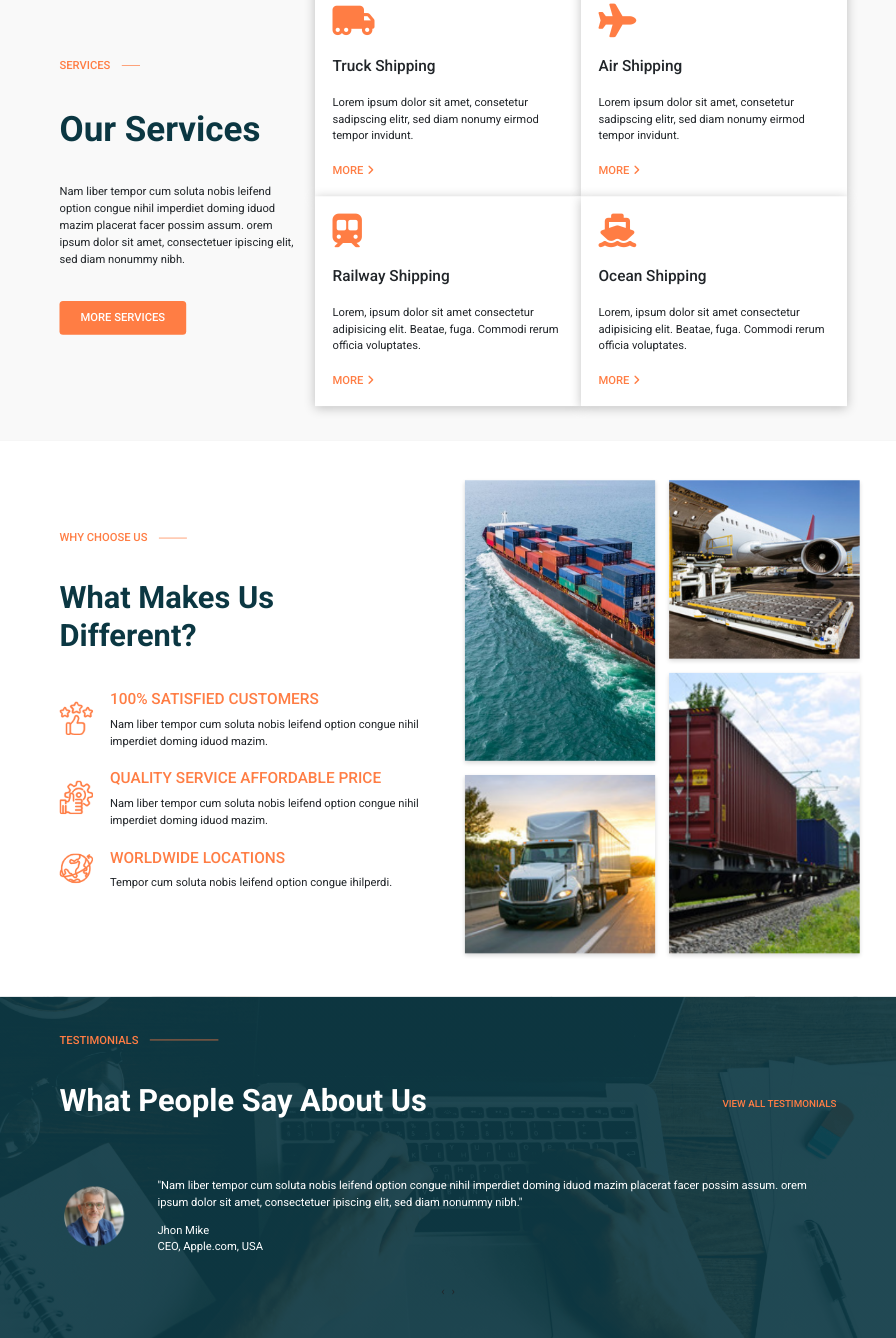
Repository: nazmulalok/shipping-theme
Page: index.html
The author's editor kept a copy of each file at every save. The page is drawn from the files as they stood at one save, then again after the next save.
The browser window is 1280 px wide. The pictures show the part of the page from y = 1783 to 3703 px (the page is 3695 px tall before and 3703 px after), at 70% of full size.
Some web libraries are served in a nearby version.

Above is the page before, as saved 2022-10-09 11:19:57.

### index.html
<!DOCTYPE html>
<html lang="en">

    <head>
        <meta charset="UTF-8">
        <meta http-equiv="X-UA-Compatible" content="IE=edge">
        <meta name="viewport" content="width=device-width, initial-scale=1.0">
        <link rel="preconnect" href="https://fonts.googleapis.com">
        <link rel="preconnect" href="https://fonts.gstatic.com" crossorigin>
        <link
            href="https://fonts.googleapis.com/css2?family=Roboto:ital,wght@0,300;0,400;0,500;0,700;0,900;1,300;1,400;1,500;1,700;1,900&display=swap"
            rel="stylesheet">
        <link rel="stylesheet"
            href="https://cdnjs.cloudflare.com/ajax/libs/OwlCarousel2/2.3.4/assets/owl.carousel.min.css"
            integrity="sha512-tS3S5qG0BlhnQROyJXvNjeEM4UpMXHrQfTGmbQ1gKmelCxlSEBUaxhRBj/EFTzpbP4RVSrpEikbmdJobCvhE3g=="
            crossorigin="anonymous" referrerpolicy="no-referrer" />
        <link rel="stylesheet"
            href="https://cdnjs.cloudflare.com/ajax/libs/OwlCarousel2/2.3.4/assets/owl.theme.default.min.css"
            integrity="sha512-sMXtMNL1zRzolHYKEujM2AqCLUR9F2C4/05cdbxjjLSRvMQIciEPCQZo++nk7go3BtSuK9kfa/s+a4f4i5pLkw=="
            crossorigin="anonymous" referrerpolicy="no-referrer" />
        <link rel="stylesheet" href="https://cdnjs.cloudflare.com/ajax/libs/font-awesome/6.2.0/css/all.min.css"
            integrity="sha512-xh6O/CkQoPOWDdYTDqeRdPCVd1SpvCA9XXcUnZS2FmJNp1coAFzvtCN9BmamE+4aHK8yyUHUSCcJHgXloTyT2A=="
            crossorigin="anonymous" referrerpolicy="no-referrer" />
        <link rel="stylesheet" href="https://cdn.jsdelivr.net/npm/bootstrap@4.0.0/dist/css/bootstrap.min.css"
            integrity="sha384-Gn5384xqQ1aoWXA+058RXPxPg6fy4IWvTNh0E263XmFcJlSAwiGgFAW/dAiS6JXm" crossorigin="anonymous">
        <link rel="stylesheet" href="style.css">
        <title>Document</title>
    </head>

    <body>
        <header class="header-top">
            <div class="container">
                <div class="top-bar">
                    <p class="m-0">Dolor sit amet, consetetur sadipscing elitr sed diam</p>
                    <div>
                        <span class="mr-4">Shipment Tracker</span>
                        <span>Login</span>
                    </div>
                </div>
                <div class="header-area">
                    <div class="logo">
                        <img src="images/shipping-logo.svg" alt="Shipping Logo">
                    </div>
                    <nav>
                        <ul>
                            <li><a href="#">Home</a></li>
                            <li><a href="#">About Us</a></li>
                            <li><a href="#">Service</a></li>
                            <li><a href="#">Project</a></li>
                            <li><a href="#">Blog</a></li>
                            <li><a href="#">News & Events</a></li>
                            <li><a href="#">Contact Us</a></li>
                        </ul>
                    </nav>
                    <div class="nav-btn">
                        <a class="common-btn mr-3" href="#">Get A Quote</a>
                        <i class="fa-solid fa-ellipsis-vertical"></i>
                    </div>
                </div>
            </div>
        </header>
        <!-- Slider -->
        <section>
            <div class="main-slider">
                <div class="container">
                    <div class="slide-content">
                        <div class="slide-text">
                            <div class="slider-title mb-4">Lorem ips<br>
                                dolor sit ametcon<br>
                                sadips cing</div>
                            <p>Nam liber tempor cum soluta nobis eleifend option</p>
                            <div class="sliderBtn mt-5"><a class="common-btn mr-4" href="#">Get Started Now</a><a
                                    class="common-btn outline-btn" href="#">Learn More</a></div>
                        </div>
                    </div>
                </div>
            </div>
        </section>
        <!-- Slider Ends -->
        <div class="common-sec">
            <div class="container">
                <div class="row align-items-center mb-5">
                    <div class="col-lg-6">
                        <h1 class="border-heading">Duis Autem Vel Eumri
                            Ure Dolor In Hend</h1>
                    </div>
                    <div class="col-lg-6">
                        <p class="ms-4">Nam liber tempor cum soluta nobis eleifend option congue nihil imperdiet doming
                            id quod mazim
                            placerat facer possim assum. Lorem ipsum dolor sit amet, consectetuer adipiscing.</p>
                    </div>
                </div>
                <div class="row mt-5">
                    <div class="col-lg-6">
                        <div class="video-box img-box img-shadow">
                            <img src="images/ship-products.jpg" alt="Ship Products" />
                            <a data-fancybox="" href="" class="video-btn">
                                <i class="fa fa-play"></i>
                            </a>
                        </div>
                        <div class="exp-section">
                            <div class="exp-title ml-4">
                                25
                            </div>
                            <div class="exp-paragraph">
                                Years <br>Experience <br>In It
                            </div>
                            <img src="images/exp-bg.png" alt="Experience">
                        </div>
                    </div>
                    <div class="col-lg-6">
                        <span class="sp-title">About Us</span>
                        <h2 class="mb-5">Lorem Ipsum Dolo
                            Sit Amet Conse</h2>
                        <p class="mb-5">Lorem ipsum dolor sit amet, consetetur sadipscing elitr, sed diam nonumy eirmod
                            tempor
                            invidunt.</p>
                        <div class="boxes">
                            <div class="common-box">
                                <div class="content">
                                    <i class="fa-solid fa-bullseye mb-4"></i>
                                    <div class="box-title mb-4">
                                        Our Mission
                                    </div>
                                    <p class="mb-4">Lorem, ipsum dolor sit amet consectetur adipisicing elit. Beatae,
                                        fuga. Commodi
                                        rerum
                                        officia voluptates.</p>
                                    <a href="#" class="more-btn">More</a>
                                </div>
                            </div>
                            <div class="common-box">
                                <div class="content">
                                    <i class="fa-regular fa-eye mb-4"></i>
                                    <div class="box-title mb-4">
                                        Our Vision
                                    </div>
                                    <p class="mb-4">Lorem, ipsum dolor sit amet consectetur adipisicing elit. Beatae,
                                        fuga. Commodi
                                        rerum
                                        officia voluptates.</p>
                                    <a href="#" class="more-btn">More</a>
                                </div>
                            </div>
                        </div>
                    </div>
                </div>
            </div>
        </div>
        <div class="common-sec service-sec">
            <div class="container">
                <div class="row align-items-center">
                    <div class="col-lg-4">
                        <span class="sp-title">Services</span>
                        <h2 class="mb-5">Our Services</h2>
                        <p class="mb-5">Nam liber tempor cum soluta nobis leifend option congue nihil imperdiet doming
                            iduod mazim placerat facer possim assum. orem ipsum dolor sit amet, consectetuer ipiscing
                            elit, sed diam nonummy nibh.</p>
                        <a href="#" class="common-btn">More Services</a>
                    </div>
                    <div class="col-lg-8">
                        <div class="row">
                            <div class="col-lg-6 p-0">
                                <div class="common-box">
                                    <div class="content">
                                        <i class="fa-solid fa-truck-moving mb-4"></i>
                                        <div class="box-title mb-4">
                                            Truck Shipping
                                        </div>
                                        <p class="mb-4">Lorem ipsum dolor sit amet, consetetur sadipscing elitr, sed
                                            diam nonumy eirmod tempor invidunt.</p>
                                        <a href="#" class="more-btn">More</a>
                                    </div>
                                </div>
                            </div>
                            <div class="col-lg-6 p-0">
                                <div class="common-box">
                                    <div class="content">
                                        <i class="fa-solid fa-plane mb-4"></i>
                                        <div class="box-title mb-4">
                                            Air Shipping
                                        </div>
                                        <p class="mb-4">Lorem ipsum dolor sit amet, consetetur sadipscing elitr, sed
                                            diam nonumy eirmod tempor invidunt.</p>
                                        <a href="#" class="more-btn">More</a>
                                    </div>
                                </div>
                            </div>
                            <div class="col-lg-6 p-0">
                                <div class="common-box">
                                    <div class="content">
                                        <i class="fa-solid fa-train-subway mb-4"></i>
                                        <div class="box-title mb-4">
                                            Railway Shipping
                                        </div>
                                        <p class="mb-4">Lorem, ipsum dolor sit amet consectetur adipisicing elit.
                                            Beatae,
                                            fuga. Commodi
                                            rerum
                                            officia voluptates.</p>
                                        <a href="#" class="more-btn">More</a>
                                    </div>
                                </div>
                            </div>
                            <div class="col-lg-6 p-0">
                                <div class="common-box">
                                    <div class="content">
                                        <i class="fa-solid fa-ship mb-4"></i>
                                        <div class="box-title mb-4">
                                            Ocean Shipping
                                        </div>
                                        <p class="mb-4">Lorem, ipsum dolor sit amet consectetur adipisicing elit.
                                            Beatae,
                                            fuga. Commodi
                                            rerum
                                            officia voluptates.</p>
                                        <a href="#" class="more-btn">More</a>
                                    </div>
                                </div>
                            </div>
                        </div>
                    </div>
                </div>
            </div>
        </div>
        <div class="common-sec why-choose-sec">
            <div class="container">
                <div class="row align-items-center">
                    <div class="col-lg-6">
                        <span class="sp-title">Why Choose Us</span>
                        <h3 class="mb-5">What Makes Us <br>
                            Different?</h3>
                        <div class="why-choose-box">
                            <div class="common-box d-flex align-items-center mb-4">
                                <div class="img-box mr-4">
                                    <img src="images/satisfied-customers.png" alt="Satisfied Customers">
                                </div>
                                <div>
                                    <div class="box-title mb-2">
                                        100% Satisfied Customers
                                    </div>
                                    <p>Nam liber tempor cum soluta nobis leifend option congue nihil imperdiet
                                        doming iduod mazim.</p>
                                </div>
                            </div>
                            <div class="common-box d-flex align-items-center mb-4">
                                <div class="img-box mr-4">
                                    <img src="images/quality-services.png" alt="Quality Services">
                                </div>
                                <div>
                                    <div class="box-title mb-2">
                                        Quality Service Affordable Price
                                    </div>
                                    <p>Nam liber tempor cum soluta nobis leifend option congue nihil imperdiet
                                        doming iduod mazim.</p>
                                </div>
                            </div>
                            <div class="common-box d-flex align-items-center mb-4">
                                <div class="img-box mr-4">
                                    <img src="images/worldwide-locations.png" alt="Worldwide Locations">
                                </div>
                                <div>
                                    <div class="box-title mb-2">
                                        Worldwide Locations
                                    </div>
                                    <p>Tempor cum soluta nobis leifend option congue ihilperdi.</p>
                                </div>
                            </div>
                        </div>
                    </div>
                    <div class="col-lg-6">
                        <div class="img-box">
                            <img src="images/why-choose-shipping.png" alt="Why Choose Shipping">
                        </div>
                    </div>
                </div>
            </div>
        </div>
        <div class="py-50 testimonial-sec">
            <div class="container">
                <span class="sp-title">Testimonials</span>
                <div class="testimonial-heading d-flex justify-content-between">
                    <h3>What People Say About Us</h3>
                    <span class="sp-title no-border">View All Testimonials</span>
                </div>



                <div class="owl-carousel owl-theme mt-5">
                    <div class="item">
                        <div class="common-box d-flex align-items-center">
                            <div class="img-box mr-3">
                                <img src="images/testimonial-user.png" alt="User">
                            </div>
                            <div class="content">
                                <p>"Nam liber tempor cum soluta nobis leifend option congue nihil imperdiet doming iduod
                                    mazim placerat facer possim assum. orem ipsum dolor sit amet, consectetuer ipiscing
                                    elit, sed diam nonummy nibh."</p>
                                <div class="user-details">
                                    <p class="mb-0">Jhon Mike</p>
                                    <p>CEO, Apple.com, USA</p>
                                </div>
                            </div>
                        </div>
                    </div>
                    <div class="item">
                        <div class="common-box d-flex align-items-center">
                            <div class="img-box mr-3">
                                <img src="images/testimonial-user.png" alt="User">
                            </div>
                            <div class="content">
                                <p>"Nam liber tempor cum soluta nobis leifend option congue nihil imperdiet doming iduod
                                    mazim placerat facer possim assum. orem ipsum dolor sit amet, consectetuer ipiscing
                                    elit, sed diam nonummy nibh."</p>
                                <div class="user-details">
                                    <p class="mb-0">Jhon Mike</p>
                                    <p>CEO, Apple.com, USA</p>
                                </div>
                            </div>
                        </div>
                    </div>
                    <div class="item">
                        <div class="common-box d-flex align-items-center">
                            <div class="img-box mr-3">
                                <img src="images/testimonial-user.png" alt="User">
                            </div>
                            <div class="content">
                                <p>"Nam liber tempor cum soluta nobis leifend option congue nihil imperdiet doming iduod
                                    mazim placerat facer possim assum. orem ipsum dolor sit amet, consectetuer ipiscing
                                    elit, sed diam nonummy nibh."</p>
                                <div class="user-details">
                                    <p class="mb-0">Jhon Mike</p>
                                    <p>CEO, Apple.com, USA</p>
                                </div>
                            </div>
                        </div>
                    </div>
                </div>
            </div>
        </div>














        <script src="https://code.jquery.com/jquery-3.2.1.slim.min.js"
            integrity="sha384-KJ3o2DKtIkvYIK3UENzmM7KCkRr/rE9/Qpg6aAZGJwFDMVNA/GpGFF93hXpG5KkN"
            crossorigin="anonymous"></script>
        <script src="https://cdn.jsdelivr.net/npm/popper.js@1.12.9/dist/umd/popper.min.js"
            integrity="sha384-ApNbgh9B+Y1QKtv3Rn7W3mgPxhU9K/ScQsAP7hUibX39j7fakFPskvXusvfa0b4Q"
            crossorigin="anonymous"></script>
        <script src="https://cdn.jsdelivr.net/npm/bootstrap@4.0.0/dist/js/bootstrap.min.js"
            integrity="sha384-JZR6Spejh4U02d8jOt6vLEHfe/JQGiRRSQQxSfFWpi1MquVdAyjUar5+76PVCmYl"
            crossorigin="anonymous"></script>
        <script src="https://cdnjs.cloudflare.com/ajax/libs/jquery/3.6.1/jquery.min.js"
            integrity="sha512-aVKKRRi/Q/YV+4mjoKBsE4x3H+BkegoM/em46NNlCqNTmUYADjBbeNefNxYV7giUp0VxICtqdrbqU7iVaeZNXA=="
            crossorigin="anonymous" referrerpolicy="no-referrer"></script>
        <script src="https://cdnjs.cloudflare.com/ajax/libs/OwlCarousel2/2.3.4/owl.carousel.min.js"
            integrity="sha512-bPs7Ae6pVvhOSiIcyUClR7/q2OAsRiovw4vAkX+zJbw3ShAeeqezq50RIIcIURq7Oa20rW2n2q+fyXBNcU9lrw=="
            crossorigin="anonymous" referrerpolicy="no-referrer"></script>
        <script src="script.js"></script>
    </body>

</html>

Loaded but not shown: script.js (21 lines, source omitted); style.css (511 lines, source omitted)

After the next save:
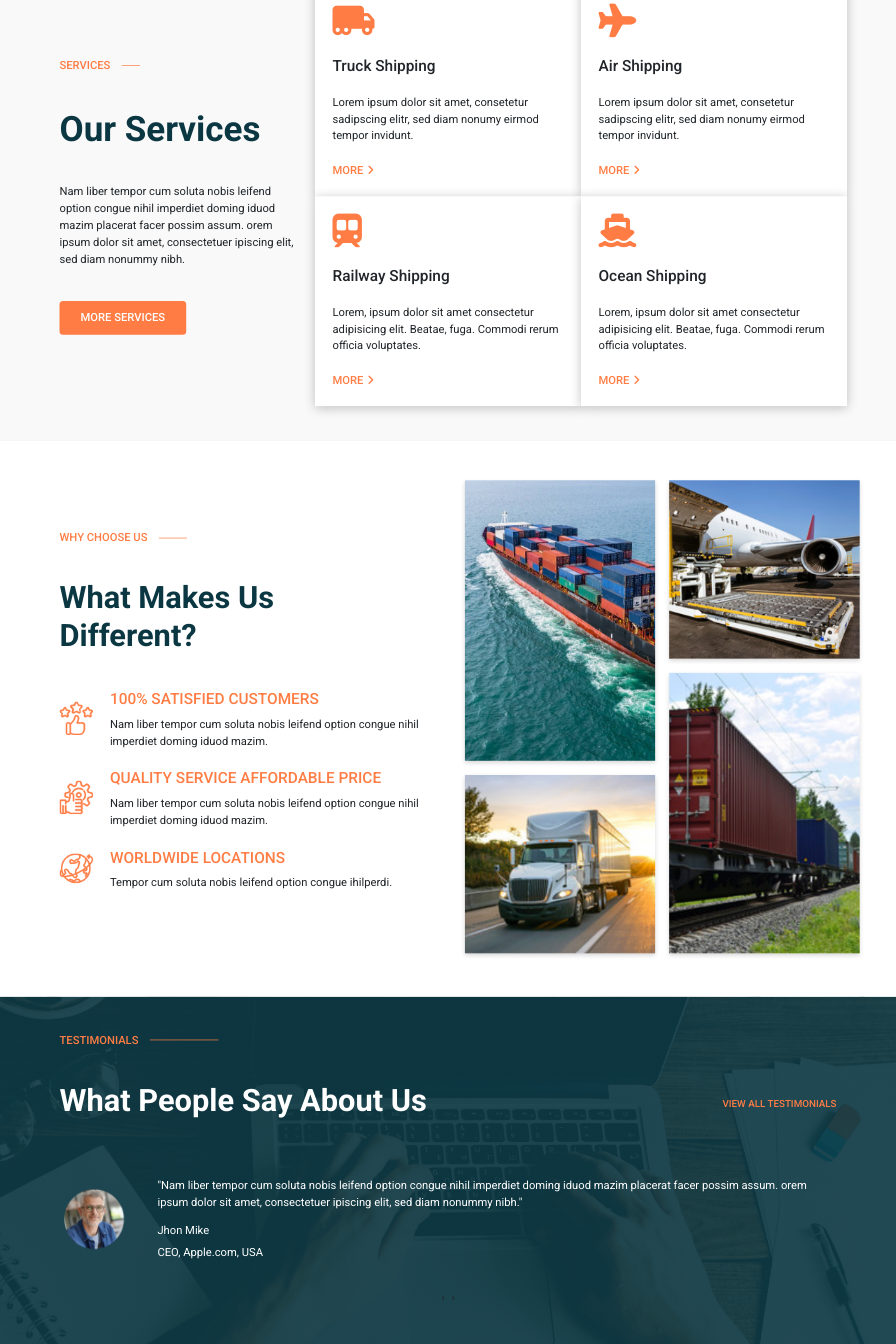
Saved 79 s later.
--- a/index.html
+++ b/index.html
@@ -297,7 +297,7 @@
                                     mazim placerat facer possim assum. orem ipsum dolor sit amet, consectetuer ipiscing
                                     elit, sed diam nonummy nibh."</p>
                                 <div class="user-details">
-                                    <p class="mb-0">Jhon Mike</p>
+                                    <p class="mb-2">Jhon Mike</p>
                                     <p>CEO, Apple.com, USA</p>
                                 </div>
                             </div>
@@ -313,7 +313,7 @@
                                     mazim placerat facer possim assum. orem ipsum dolor sit amet, consectetuer ipiscing
                                     elit, sed diam nonummy nibh."</p>
                                 <div class="user-details">
-                                    <p class="mb-0">Jhon Mike</p>
+                                    <p class="mb-2">Jhon Mike</p>
                                     <p>CEO, Apple.com, USA</p>
                                 </div>
                             </div>
@@ -329,7 +329,7 @@
                                     mazim placerat facer possim assum. orem ipsum dolor sit amet, consectetuer ipiscing
                                     elit, sed diam nonummy nibh."</p>
                                 <div class="user-details">
-                                    <p class="mb-0">Jhon Mike</p>
+                                    <p class="mb-2">Jhon Mike</p>
                                     <p>CEO, Apple.com, USA</p>
                                 </div>
                             </div>
